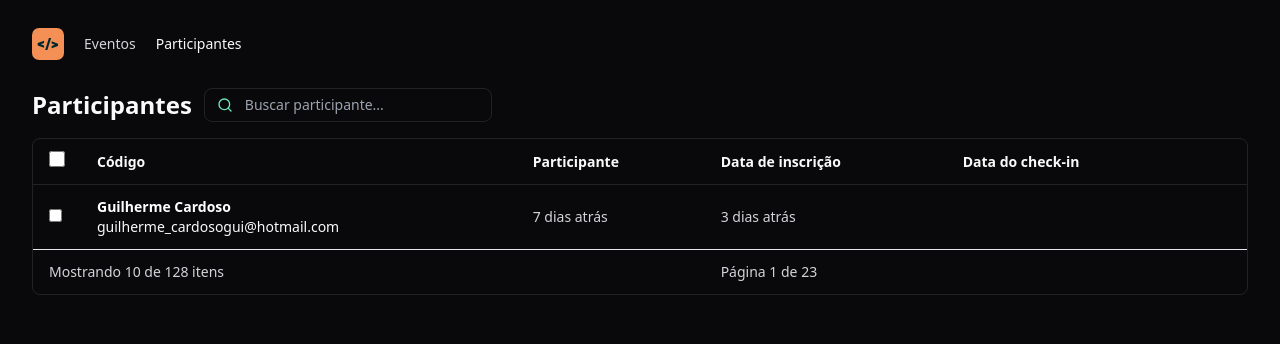
Repository: guilhermecardoso93/nlw-unite-react-2024
Page: /
The author's editor kept a copy of each file at every save. The page is drawn from the files as they stood at one save, then again after a run of saves.
The browser window is 1280 px wide. The pictures show the whole page.
The project was rebuilt for these pictures with package versions that can differ from the ones it lists, and the page was loaded fresh each time. Also part of the build but not shown: vite.config.ts.

Above is the page before, as saved 2024-04-01 21:53:58.

After the next 2 saves:
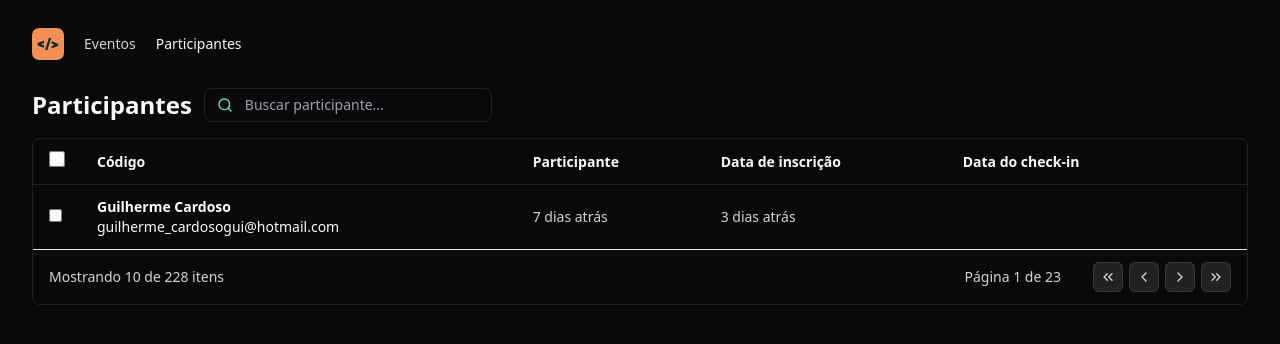
The 2 saves are shown as one change because 1 did not build or start.
The last was saved 2 min 51 s later.
--- a/src/components/attendee-list.tsx
+++ b/src/components/attendee-list.tsx
@@ -1,6 +1,11 @@
-import { Search } from "lucide-react";
-
-//ChevronLeft,  ChevronRight,  ChevronsLeft,  ChevronsRight,  MoreHorizontal,
+import {
+  Search,
+  ChevronLeft,
+  ChevronRight,
+  ChevronsLeft,
+  ChevronsRight,
+  //MoreHorizontal,
+} from "lucide-react";
 
 export function AttendeeList() {
   return (
@@ -67,8 +72,32 @@ export function AttendeeList() {
           </tbody>
           <tfoot>
             <tr>
-              <td colSpan={3} className="py-3 px-4 text-sm text-zinc-300">Mostrando 10 de 128 itens</td>
-              <td colSpan={3} className="py-3 px-4 text-sm text-zinc-300">Página 1 de 23</td>
+              <td className="py-3 px-4 text-sm text-zinc-300" colSpan={3}>
+                Mostrando 10 de 228 itens
+              </td>
+              <td
+                className="py-3 px-4 text-sm text-zinc-300 text-right"
+                colSpan={3}
+              >
+                <div className="inline-flex items-center gap-8">
+                  <span>Página 1 de 23</span>
+
+                  <div className="flex gap-1.5">
+                    <button className="bg-white/10 border border-white/10 rounded-md p-1.5">
+                      <ChevronsLeft className="size-4" />
+                    </button>
+                    <button className="bg-white/10 border border-white/10 rounded-md p-1.5">
+                      <ChevronLeft className="size-4" />
+                    </button>
+                    <button className="bg-white/10 border border-white/10 rounded-md p-1.5">
+                      <ChevronRight className="size-4" />
+                    </button>
+                    <button className="bg-white/10 border border-white/10 rounded-md p-1.5">
+                      <ChevronsRight className="size-4" />
+                    </button>
+                  </div>
+                </div>
+              </td>
             </tr>
           </tfoot>
         </table>
